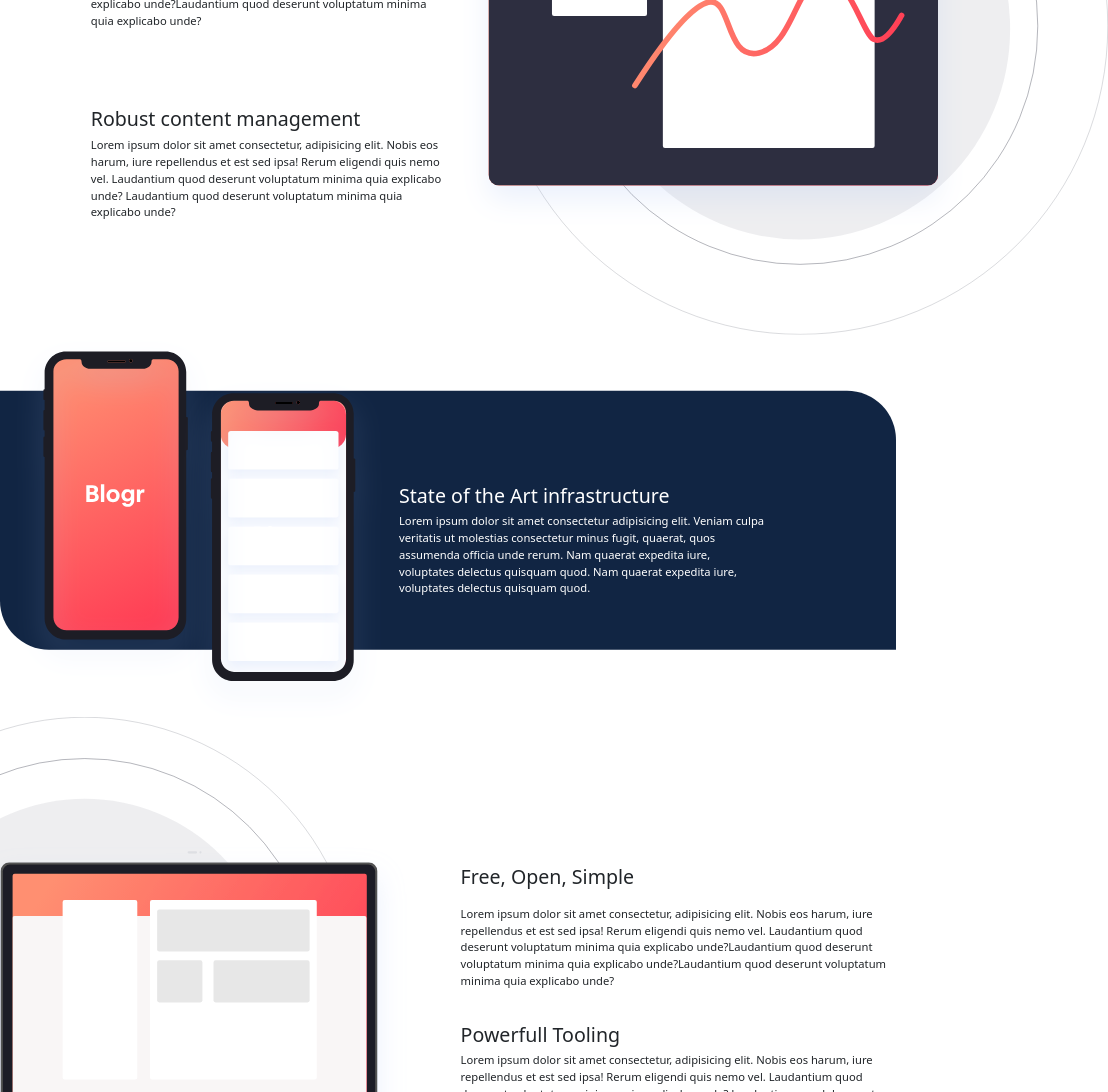
Repository: badhon252/blogr-landing-page
Page: /
The author's editor kept a copy of each file at every save. The page is drawn from the files as they stood at one save, then again after the next save.
The browser window is 1280 px wide. The page is 1583 px wide, so the pictures cover 1583 px, including what lies to the right of the window. The pictures show the part of the page from y = 1063 to 2623 px (the page is 2873 px tall), at 70% of full size.
The project was rebuilt for these pictures with package versions that can differ from the ones it lists, and the page was loaded fresh each time.

Above is the page before, as saved 2022-01-18 21:26:19.

After the next save:
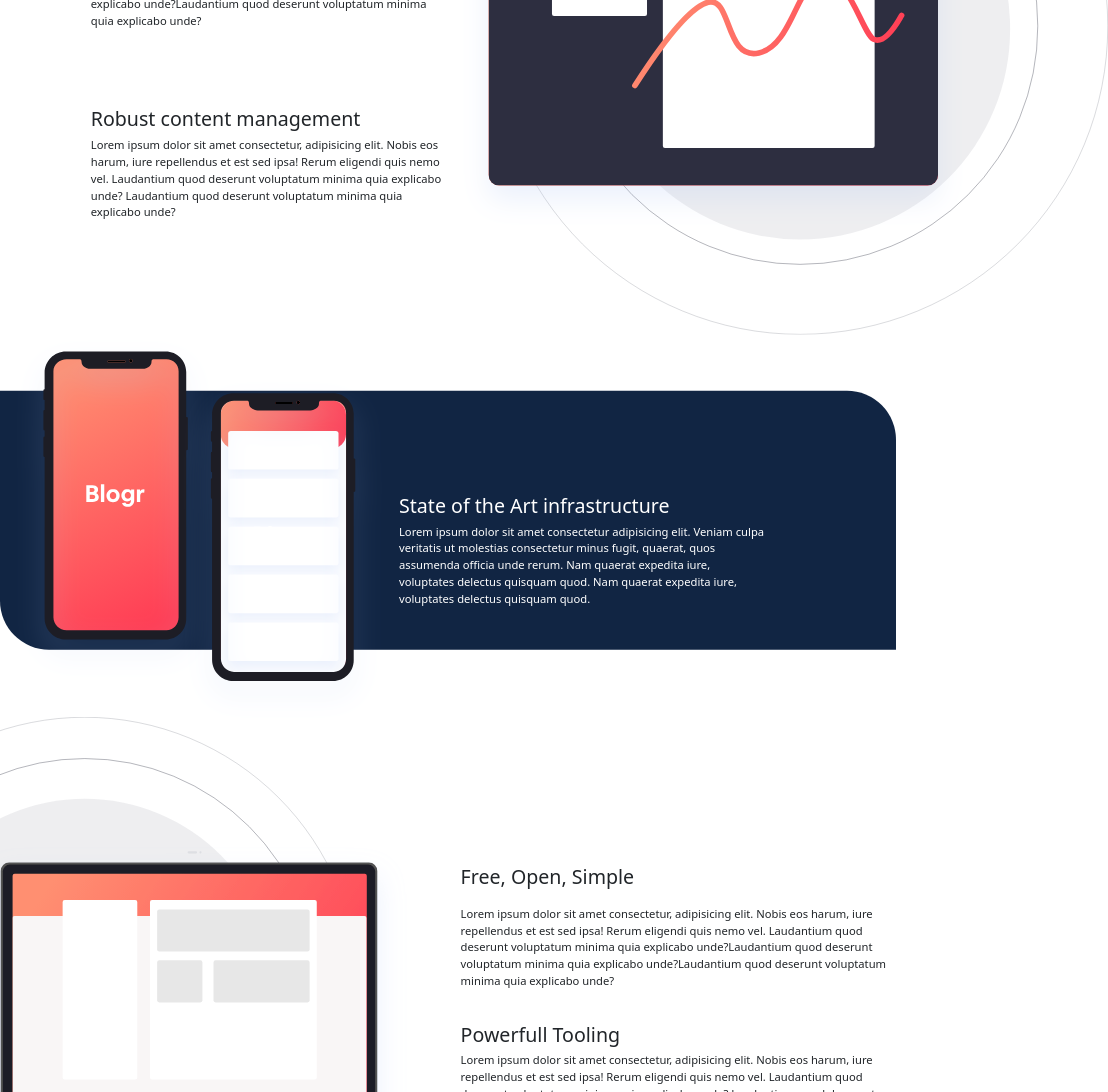
Saved 24 s later.
--- a/src/components/styles/index.css
+++ b/src/components/styles/index.css
@@ -51,7 +51,7 @@
   border-radius: 0px 70px 0px 70px;
 }
 .fact-params {
-  margin-top: 85px;
+  margin: auto 0;
 }
 .fact-img {
   margin-top: -75px;
